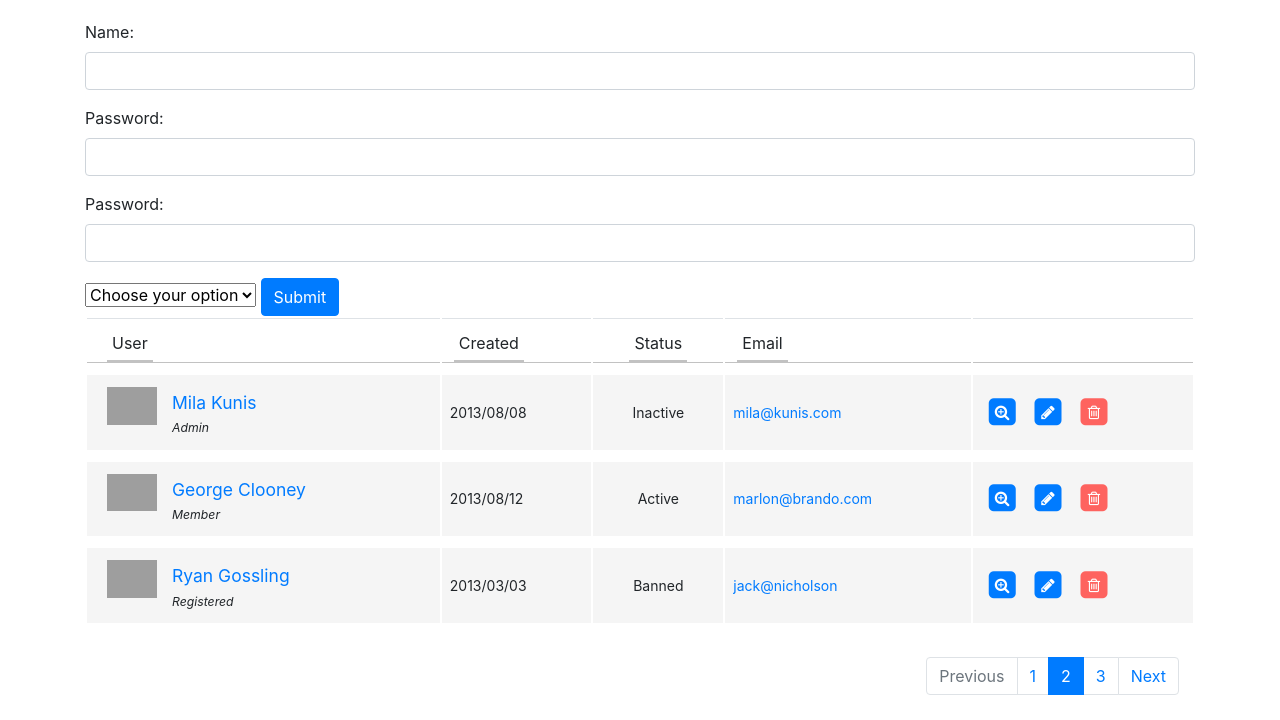
Repository: tienhoang123/Demo
Page: http://localhost/User/WEB-INF/views/home.jsp
These files come from the project's save history. The page is drawn as it stood at one moment and after the next save; the edit follows.
The browser window is 1280 px wide. The pictures show the whole page.
Pictures or frames that could not be fetched are drawn as grey boxes. Some web libraries are served in a nearby version. The page is served by Tomcat 9. Nobody is signed in. The template is opened directly, without the code that normally fills it, so the values that code supplies are empty.

Above is the page before, as saved 2019-10-14 06:49:02.
Console error: TypeError: Cannot read properties of undefined (reading 'fn')

After the next save:
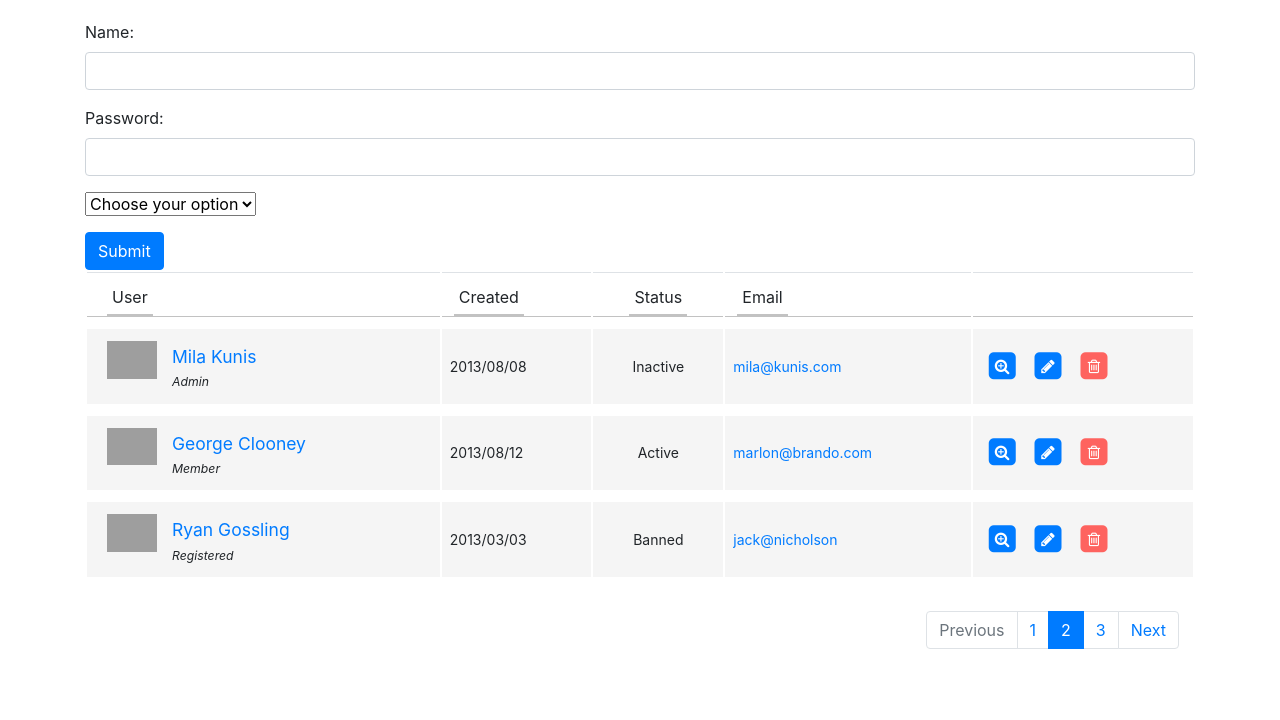
Saved 23 s later.
--- a/DemoCrud/User/src/main/webapp/WEB-INF/views/home.jsp
+++ b/DemoCrud/User/src/main/webapp/WEB-INF/views/home.jsp
@@ -23,25 +23,24 @@
 			<div class="col-lg-12">
 				<div class="main-box clearfix">
 					<div class="table-responsive">
-				<div class="form-group">
-      <label for="usr">Name:</label>
-      <input type="text" class="form-control" id="usr" name="username">
-    </div>
-    <div class="form-group">
-      <label for="pwd">Password:</label>
-      <input type="password" class="form-control" id="pwd" name="password">
-    </div>
-     <div class="form-group">
-      <label for="pwd">Password:</label>
-      <input type="password" class="form-control" id="pwd" name="password">
-    </div>
-    <select class="mdb-select md-form">
-  <option value="" disabled selected>Choose your option</option>
-  <option value="1">Option 1</option>
-  <option value="2">Option 2</option>
-  <option value="3">Option 3</option>
-</select>
-    <button type="submit" class="btn btn-primary">Submit</button>
+						<div class="form-group">
+							<label for="usr">Name:</label> <input type="text"
+								class="form-control" id="usr" name="username">
+						</div>
+						<div class="form-group">
+							<label for="pwd">Password:</label> <input type="password"
+								class="form-control" id="pwd" name="password">
+						</div>
+						<div class="form-group">
+							<select class="mdb-select md-form">
+								<option value="" disabled selected>Choose your option</option>
+								<option value="1">Option 1</option>
+								<option value="2">Option 2</option>
+								<option value="3">Option 3</option>
+							</select>
+						</div>
+
+						<button type="submit" class="btn btn-primary">Submit</button>
 
 						<table class="table user-list">
 							<thead>
@@ -130,21 +129,18 @@
 						</table>
 					</div>
 					<nav aria-label="...">
-                    <ul class="pagination justify-content-end mt-3 mr-3">
-                        <li class="page-item disabled">
-                            <span class="page-link">Previous</span>
-                        </li>
-                        <li class="page-item"><a class="page-link" href="#">1</a></li>
-                        <li class="page-item active">
-                            <span class="page-link">2<span class="sr-only">(current)</span>
-                            </span>
-                        </li>
-                        <li class="page-item"><a class="page-link" href="#">3</a></li>
-                        <li class="page-item">
-                            <a class="page-link" href="#">Next</a>
-                        </li>
-                    </ul>
-                </nav>
+						<ul class="pagination justify-content-end mt-3 mr-3">
+							<li class="page-item disabled"><span class="page-link">Previous</span>
+							</li>
+							<li class="page-item"><a class="page-link" href="#">1</a></li>
+							<li class="page-item active"><span class="page-link">2<span
+									class="sr-only">(current)</span>
+							</span></li>
+							<li class="page-item"><a class="page-link" href="#">3</a></li>
+							<li class="page-item"><a class="page-link" href="#">Next</a>
+							</li>
+						</ul>
+					</nav>
 
 
 				</div>
